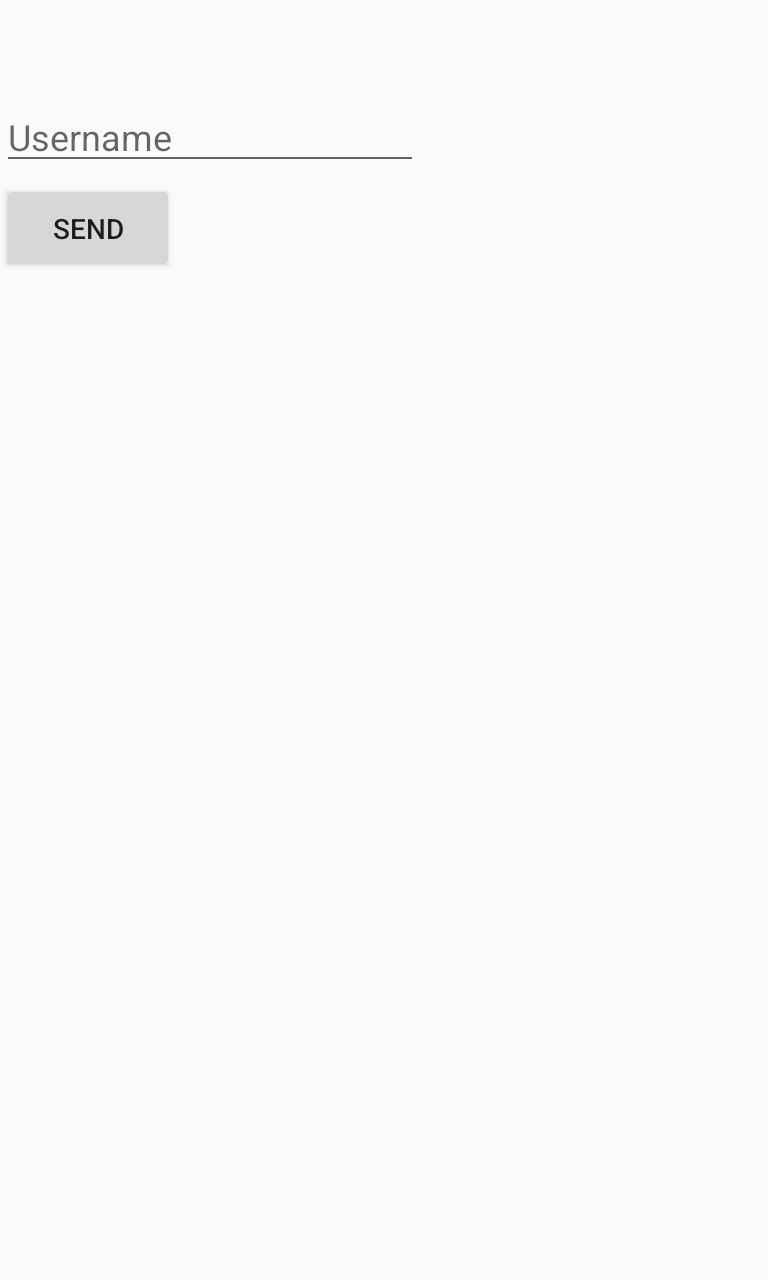
Repository: Sagarsaurus/Ecco
Layout: Ecco/res/layout/activity_home.xml
An editor plug-in stored every save of this project. The layout is shown before and after a run of saves, followed by the edit.
It is drawn on a 768 x 1280 px phone screen (xhdpi) without system bars, with theme AppTheme; the app's code is not run.

Above is the layout before, as saved 2014-11-17 02:31:18.

### Ecco/res/layout/activity_home.xml
<!-- A DrawerLayout is intended to be used as the top-level content view using match_parent for both width and height to consume the full space available. --><android.support.v4.widget.DrawerLayout xmlns:android="http://schemas.android.com/apk/res/android"
    xmlns:tools="http://schemas.android.com/tools"
    android:id="@+id/drawer_layout"
    android:layout_width="match_parent"
    android:layout_height="match_parent"
    tools:context="com.application.ecco.HomeActivity" >

    <!--
         As the main content view, the view below consumes the entire
         space available using match_parent in both dimensions.
    -->



    <FrameLayout
        android:id="@+id/container"
        android:layout_width="match_parent"
        android:layout_height="match_parent" >

    <EditText
        android:id="@+id/sendFriendRequest"
        android:layout_width="wrap_content"
        android:layout_height="wrap_content"
        android:layout_marginTop="46dp"
        android:ems="10"
        android:hint="@string/Username"/>

        <Button
            android:id="@+id/sendRequest"
            android:layout_width="wrap_content"
            android:layout_height="wrap_content"
            android:layout_marginTop="90dp"
            android:onClick="sendRequest"
            android:text="Send" />

    </FrameLayout>

    <!--
         android:layout_gravity="start" tells DrawerLayout to treat
         this as a sliding drawer on the left side for left-to-right
         languages and on the right side for right-to-left languages.
         If you're not building against API 17 or higher, use
         android:layout_gravity="left" instead.
    -->
    <!--
         The drawer is given a fixed width in dp and extends the full height of
         the container.
    -->

    <fragment
        android:id="@+id/navigation_drawer"
        android:name="com.application.ecco.NavigationDrawerFragment"
        android:layout_width="@dimen/navigation_drawer_width"
        android:layout_height="match_parent"
        android:layout_gravity="start"
        tools:layout="@layout/fragment_navigation" />

</android.support.v4.widget.DrawerLayout>

### Ecco/res/values/strings.xml
<?xml version="1.0" encoding="utf-8"?>
<resources>

    <string name="app_name">Ecco</string>
    <string name="hello_world">Hello world!</string>
    <string name="action_settings">Settings</string>
    <string name="Username">Username</string>
    <string name="Password">Password</string>
    <string name="Login">Login</string>
    <string name="createUser">Create User</string>
    <string name="title_activity_home">HomeActivity</string>
    <string name="title_section1">Section 1</string>
    <string name="title_section2">Section 2</string>
    <string name="title_section3">Section 3</string>
    <string name="navigation_drawer_open">Open navigation drawer</string>
    <string name="navigation_drawer_close">Close navigation drawer</string>
    <string name="action_example">Example action</string>
    <string name="title_activity_create_user">CreateUserActivity</string>
    <string name="Email">Email</string>
    <string name="Phone">Phone</string>
    <string name="emailhint">user@email.com</string>
    <string name="phonehint">123-456-7890</string>

</resources>

### Ecco/res/layout/fragment_navigation.xml
<ListView xmlns:android="http://schemas.android.com/apk/res/android"
    xmlns:tools="http://schemas.android.com/tools"
    android:layout_width="match_parent"
    android:layout_height="match_parent"
    android:background="#cccc"
    android:choiceMode="singleChoice"
    android:divider="@android:color/transparent"
    android:dividerHeight="0dp"
    tools:context="com.application.ecco.NavigationDrawerFragment" />

Loaded but not shown: Ecco/res/values/styles.xml (common file); Ecco/res/values-v11/styles.xml (common file); Ecco/res/values-v14/styles.xml (common file); Ecco/res/values/dimens.xml (common file)

After the next 2 saves:
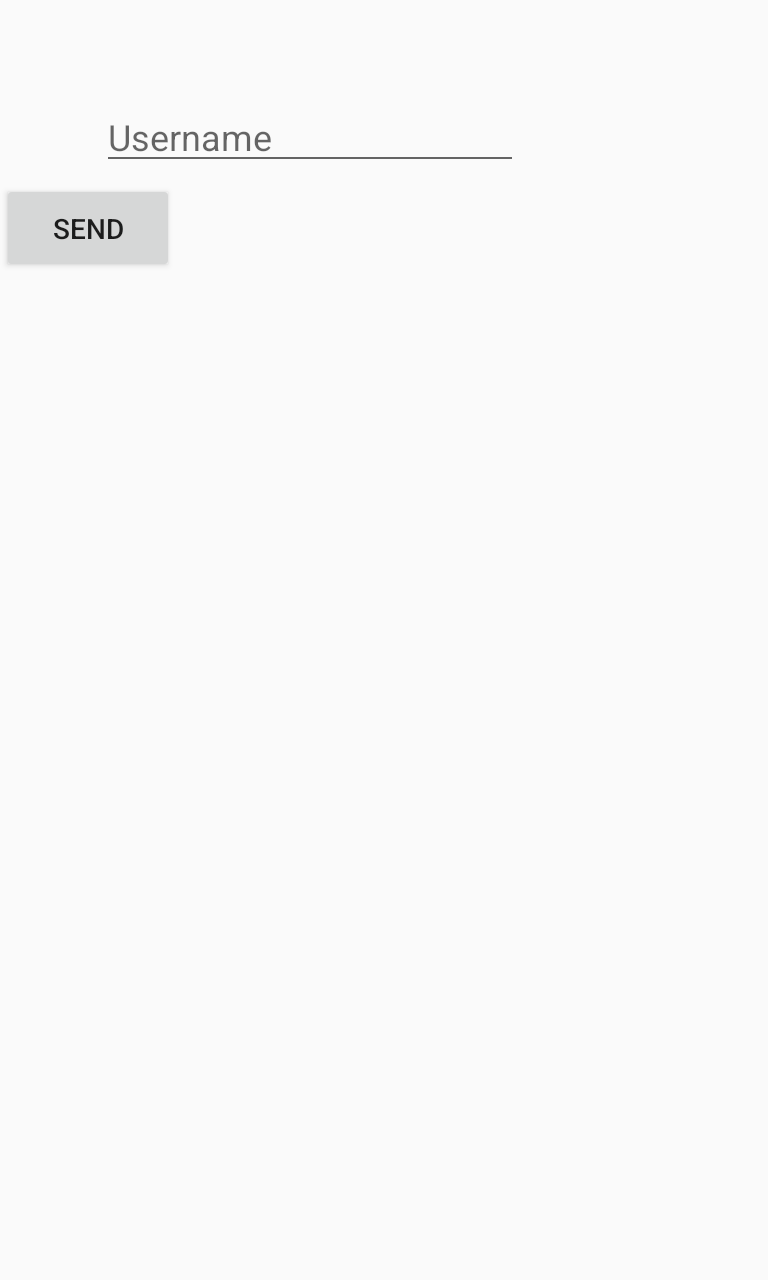
The 2 saves are shown as one change because 1 did not build or start.
The last was saved 38 s later.
--- a/Ecco/res/layout/activity_home.xml
+++ b/Ecco/res/layout/activity_home.xml
@@ -22,6 +22,7 @@
         android:layout_width="wrap_content"
         android:layout_height="wrap_content"
         android:layout_marginTop="46dp"
+        android:layout_marginLeft="50dp"
         android:ems="10"
         android:hint="@string/Username"/>
 
